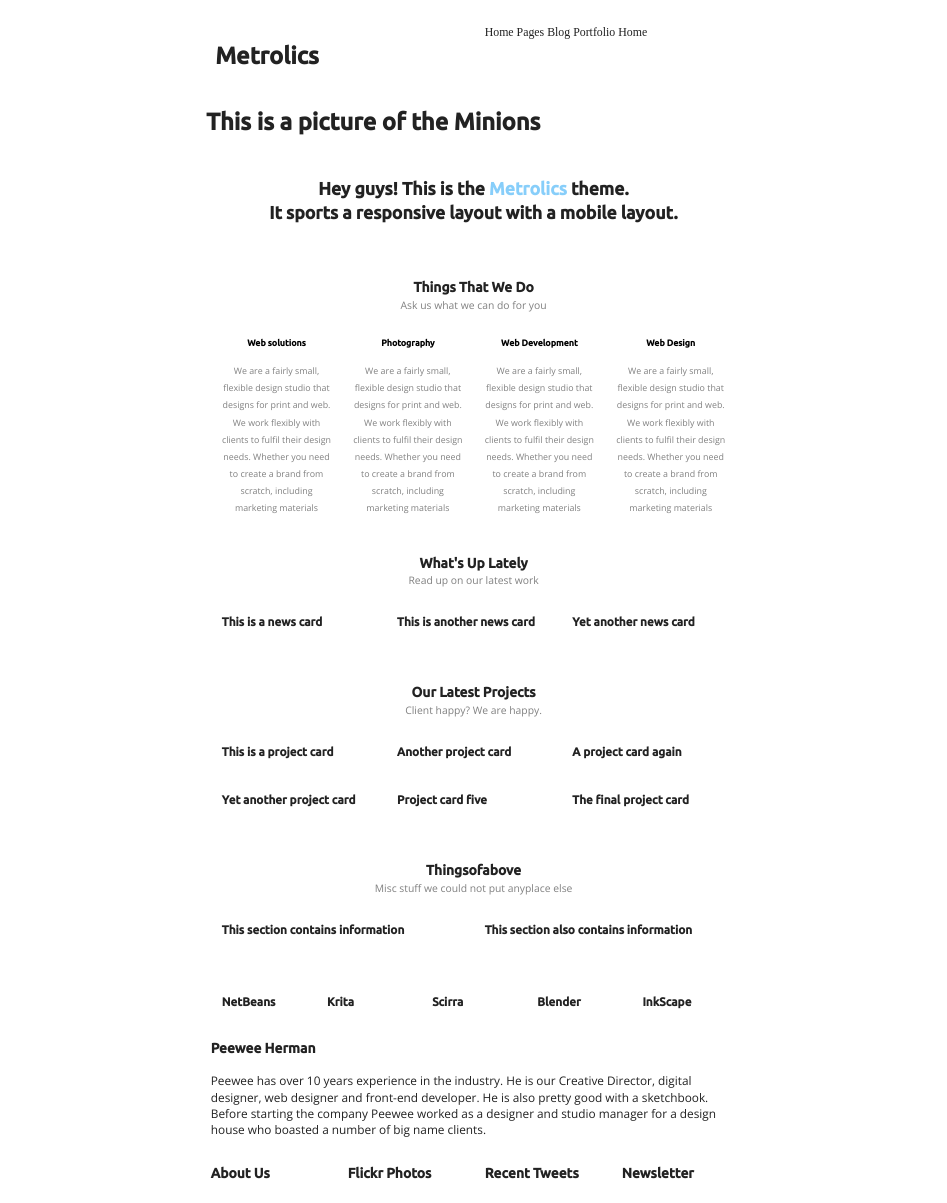
Repository: kennyharman/Marlowe_Kenny_Lab_02B
Page: index.html
The author's editor kept a copy of each file at every save. The page is drawn from the files as they stood at one save, then again after the next save.
The browser window is 1280 px wide. The pictures show the whole page, at 74% of full size.

Above is the page before, as saved 2024-02-05 16:21:57.

### index.html
<!doctype html>
<html class="no-js" lang="EN">

<head>
  <meta charset="utf-8">
  <meta name="viewport" content="width=device-width, initial-scale=1">
  <title></title>
  <link rel="stylesheet" href="css/style.css">
  <link href="https://fonts.googleapis.com/css2?family=Open+Sans:ital,wght@0,400;0,700;1,400&family=Ubuntu:ital,wght@0,300;0,500;1,300&display=swap" rel="stylesheet">
  <meta name="description" content="">

  <meta property="og:title" content="Metrolics page">
  <meta property="og:type" content="website">
  <meta property="og:url" content="http://localhost:8888/metrolics/">

  <link rel="icon" href="/favicon.ico" sizes="any">
  <link rel="icon" href="/icon.svg" type="image/svg+xml">
  <link rel="apple-touch-icon" href="icon.png">

  <link rel="manifest" href="site.webmanifest">
  <meta name="theme-color" content="#fafafa">
</head>

<body class="page">
  <script src="js/app.js"></script>

<header class="page__header">
  <div class="row m-col-2 l-col-2 menu">
    <div class="col header__menu-logo">
      <h1>Metrolics</h1>
    </div>
    <div class="col header__menu-nav">
      Home
      Pages
      Blog
      Portfolio
      Home
    </div>
</header>

<main>
  <div class="page__banner">
    <div class="col banner-header">
      <h1>This is a picture of the Minions</h1>
    </div>
  </div>
  <div class="page__section">
    <div class="row header">
      <div class="col header-text">
        <h2>Hey guys! This is the <span class="text__color-change">Metrolics</span> theme.<br/>It sports a responsive layout with a mobile layout.</h2>
      </div>
    </div>
  </div>

  <div class="section-services">
    <div class="row m-col-2 l-col-4">
      <div class="col m-row-span l-row-span heading">
        <h3>Things That We Do</h3>
        <p>Ask us what we can do for you</p>
      </div>
      <div class="col services-card">
        <h4>Web solutions</h4>
        We are a fairly small, flexible design studio that designs for print and web. We work flexibly with clients to fulfil their design needs. Whether you need to create a brand from scratch, including marketing materials
      </div>
      <div class="col services-card">
        <h4>Photography</h4>
        We are a fairly small, flexible design studio that designs for print and web. We work flexibly with clients to fulfil their design needs. Whether you need to create a brand from scratch, including marketing materials
      </div>
      <div class="col services-card">
        <h4>Web Development</h4>
        We are a fairly small, flexible design studio that designs for print and web. We work flexibly with clients to fulfil their design needs. Whether you need to create a brand from scratch, including marketing materials
      </div>
      <div class="col services-card">
        <h4>Web Design</h4>
        We are a fairly small, flexible design studio that designs for print and web. We work flexibly with clients to fulfil their design needs. Whether you need to create a brand from scratch, including marketing materials
      </div>
    </div>
  </div>
    </div>
  </div>

  <div class="section-work">
    <div class="row m-col-2 l-col-3">
      <div class="col m-row-span l-row-span heading">
        <h3>What's Up Lately</h3>
        <p>Read up on our latest work</p>
      </div>
      <div class="col m-row-span image">
        <h4>This is a news card</h4>
      </div>
      <div class="col image">
        <h4>This is another news card</h4>
      </div>
      <div class="col image">
        <h4>Yet another news card</h4>
      </div>
    </div>
  </div>

  <div class="section-projects">
    <div class="row m-col-2 l-col-3">
      <div class="col m-row-span l-row-span heading">
        <h3>Our Latest Projects</h3>
        <p>Client happy? We are happy.</p>
      </div>
      <div class="col image">
        <h4>This is a project card</h4>
      </div>
      <div class="col image">
        <h4>Another project card</h4>
      </div>
      <div class="col image">
        <h4>A project card again</h4>
      </div>
      <div class="col image">
        <h4>Yet another project card</h4>
      </div>
      <div class="col iamge">
        <h4>Project card five</h4>
      </div>
      <div class="col image">
        <h4>The final project card</h4>
      </div>
    </div>
  </div>

  <div class="section-misc">
    <div class="row l-col-2">
      <div class="col l-row-span heading">
        <h3>Thingsofabove</h3>
        <p>Misc stuff we could not put anyplace else</p>
      </div>
      <div class="col misc-content">
        <h4>This section contains information</h4>
      </div>
      <div class="col misc-content">
        <h4>This section also contains information</h4>
      </div>
    </div>
  </div>

  <div class="section-affiliates">
    <div class="row m-col-5 l-col-5">
      <div class="col affiliates-card">
        <h4>NetBeans</h4>
      </div>
      <div class="col affiliates-card">
        <h4>Krita</h4>
      </div>
      <div class="col affiliates-card">
        <h4>Scirra</h4>
      </div>
      <div class="col affiliates-card">
        <h4>Blender</h4>
      </div>
      <div class="col affiliates-card">
        <h4>InkScape</h4>
      </div>
    </div>
  </div>
</main>
<footer class="page__footer">
  <div class="row m-col-2 l-col-4 footer">
    <div class="col m-row-span l-row-span footer-heading">
      <h3>Peewee Herman</h3>
      <p>Peewee has over 10 years experience in the industry. He is our Creative Director, digital designer, web designer and front-end developer. He is also pretty good with a sketchbook. Before starting the company Peewee worked as a designer and studio manager for a design house who boasted a number of big name clients.</p>
    </div>
    <div class="col footer-item">
      <h3>About Us</h3>
    </div>
    <div class="col footer-item">
      <h3>Flickr Photos</h3>
    </div>
    <div class="col footer-item">
      <h3>Recent Tweets</h3>
    </div>
    <div class="col footer-item">
      <h3>Newsletter</h3>
    </div>
  </div>
</footer>
</body>

### css/style.css
/*! HTML5 Boilerplate v9.0.0-RC1 | MIT License | https://html5boilerplate.com/ */

/* main.css 3.0.0 | MIT License | https://github.com/h5bp/main.css#readme */
/*
 * What follows is the result of much research on cross-browser styling.
 * Credit left inline and big thanks to Nicolas Gallagher, Jonathan Neal,
 * Kroc Camen, and the H5BP dev community and team.
 */

/* ==========================================================================
   Base styles: opinionated defaults
   ========================================================================== */

html {
  color: #222;
  font-size: 1em;
  line-height: 1.4;
}

/*
 * Remove text-shadow in selection highlight:
 * https://twitter.com/miketaylr/status/12228805301
 *
 * Customize the background color to match your design.
 */

::-moz-selection {
  background: #b3d4fc;
  text-shadow: none;
}

::selection {
  background: #b3d4fc;
  text-shadow: none;
}

/*
 * A better looking default horizontal rule
 */

hr {
  display: block;
  height: 1px;
  border: 0;
  border-top: 1px solid #ccc;
  margin: 1em 0;
  padding: 0;
}

/*
 * Remove the gap between audio, canvas, iframes,
 * images, videos and the bottom of their containers:
 * https://github.com/h5bp/html5-boilerplate/issues/440
 */

audio,
canvas,
iframe,
img,
svg,
video {
  vertical-align: middle;
}

/*
 * Remove default fieldset styles.
 */

fieldset {
  border: 0;
  margin: 0;
  padding: 0;
}

/*
 * Allow only vertical resizing of textareas.
 */

textarea {
  resize: vertical;
}

/* ==========================================================================
   Author's custom styles
   ========================================================================== */

/* ==========================================================================
   Helper classes
   ========================================================================== */

/*
 * Hide visually and from screen readers
 */

.hidden,
[hidden] {
  display: none !important;
}

/*
 * Hide only visually, but have it available for screen readers:
 * https://snook.ca/archives/html_and_css/hiding-content-for-accessibility
 *
 * 1. For long content, line feeds are not interpreted as spaces and small width
 *    causes content to wrap 1 word per line:
 *    https://medium.com/@jessebeach/beware-smushed-off-screen-accessible-text-5952a4c2cbfe
 */

.visually-hidden {
  border: 0;
  clip: rect(0, 0, 0, 0);
  height: 1px;
  margin: -1px;
  overflow: hidden;
  padding: 0;
  position: absolute;
  white-space: nowrap;
  width: 1px;
  /* 1 */
}

/*
 * Extends the .visually-hidden class to allow the element
 * to be focusable when navigated to via the keyboard:
 * https://www.drupal.org/node/897638
 */

.visually-hidden.focusable:active,
.visually-hidden.focusable:focus {
  clip: auto;
  height: auto;
  margin: 0;
  overflow: visible;
  position: static;
  white-space: inherit;
  width: auto;
}

/*
 * Hide visually and from screen readers, but maintain layout
 */

.invisible {
  visibility: hidden;
}

/*
 * Clearfix: contain floats
 *
 * The use of `table` rather than `block` is only necessary if using
 * `::before` to contain the top-margins of child elements.
 */

.clearfix::before,
.clearfix::after {
  content: "";
  display: table;
}

.clearfix::after {
  clear: both;
}

/* ==========================================================================
   EXAMPLE Media Queries for Responsive Design.
   These examples override the primary ('mobile first') styles.
   Modify as content requires.
   ========================================================================== */

@media only screen and (min-width: 35em) {
  /* Style adjustments for viewports that meet the condition */
}

@media print,
  (-webkit-min-device-pixel-ratio: 1.25),
  (min-resolution: 1.25dppx),
  (min-resolution: 120dpi) {
  /* Style adjustments for high resolution devices */
}

/* ==========================================================================
   Print styles.
   Inlined to avoid the additional HTTP request:
   https://www.phpied.com/delay-loading-your-print-css/
   ========================================================================== */

@media print {
  *,
  *::before,
  *::after {
    background: #fff !important;
    color: #000 !important;
    /* Black prints faster */
    box-shadow: none !important;
    text-shadow: none !important;
  }

  a,
  a:visited {
    text-decoration: underline;
  }

  a[href]::after {
    content: " (" attr(href) ")";
  }

  abbr[title]::after {
    content: " (" attr(title) ")";
  }

  /*
   * Don't show links that are fragment identifiers,
   * or use the `javascript:` pseudo protocol
   */
  a[href^="#"]::after,
  a[href^="javascript:"]::after {
    content: "";
  }

  pre {
    white-space: pre-wrap !important;
  }

  pre,
  blockquote {
    border: 1px solid #999;
    page-break-inside: avoid;
  }

  tr,
  img {
    page-break-inside: avoid;
  }

  p,
  h2,
  h3 {
    orphans: 3;
    widows: 3;
  }

  h2,
  h3 {
    page-break-after: avoid;
  }
}

/* Our Styling */
div,
main,
section,
footer,
header {
  margin-left: 15px;
  margin-right: 15px;
}

h1,
h2,
h3,
h4,
h5,
h6 {
    font-family: 'Ubuntu', sans-serif;
}

p {
    font-family: 'Open Sans', sans-serif;
}

.row {
  display: grid;
  margin-top: 2rem;
}

.col {
  position: relative;
}

.page__header,
.banner-header,
.page__section,
.section-services,
.section-work,
.section-projects,
.section-misc,
.section-affiliates,
.footer {
  margin: auto;
  width: 60%;
}

.heading {
  display: flex;
  flex-direction: column;
  align-items: center;
  padding: 0 auto;
}

.heading > h3 {
  margin-bottom: 0;
}

.heading > p {
  margin-top: 0;
  font-size: 14px;
  color: grey;
}

.header-text {
  text-align: center;
}

.text__color-change {
  color: lightskyblue;
}

.services-card {
  text-align: center;
  font-size: 12px;
  padding: 0px;
  color: grey;
  font-family: 'Open Sans', sans-serif;
  line-height: 23px;
}

.services-card > h4 {
  color: black;
}

/* Small only */
@media screen and (max-width: 39.9375em) {
  .page__header,
.banner-header,
.page__section,
.section-services,
.section-work,
.section-projects,
.section-misc,
.section-affiliates,
.footer {
  margin: auto;
  width: 80%;
}
  .header__menu-nav {
    display: none;
  }
  .banner {
    display: none;
  }
  .affiliates {
    display: none;
  }
  .misc {
    display: none;
  }
  .services-card {
    text-align: left;
    font-size: 12px;
    padding: 0px;
    color: grey;
    font-family: 'Open Sans', sans-serif;
    line-height: 15px;
    padding-top: 20px;
  }
  .services-card > h4 {
    line-height: 0px;
  }
}

/* Medium only */
@media screen and (min-width: 40em) and
(max-width: 63.9375em) {
  .row {
    max-width: 70rem;
    column-gap: 1.5rem;
    row-gap: 1.5rem;
    margin: 0 auto;
  }
  .m-col-2 {
    grid-template-columns: 1fr 1fr;
  }
  .m-col-3 {
    grid-template-columns: repeat(3, 1fr);
  }
  .m-col-4 {
    grid-template-columns: repeat(4, 1fr);
  }
  .m-col-5 {
    grid-template-columns: repeat(5, 1fr);
  }

  .m-row-span {
    grid-column-start: 1;
    grid-column-end: -1;
  }
}

/* Large only */
@media screen and (min-width: 64em) {
  .l-col-2 {
    grid-template-columns: 1fr 1fr;
  }
  .l-col-3 {
    grid-template-columns: repeat(3, 1fr);
  }
  .l-col-4 {
    grid-template-columns: repeat(4, 1fr);
  }
  .l-col-5 {
    grid-template-columns: repeat(5, 1fr);
  }

  .l-row-span {
    grid-column-start: 1;
    grid-column-end: -1;
  }
}

Loaded but not shown: js/app.js (no stored copy; drawn as an empty file)

After the next save:
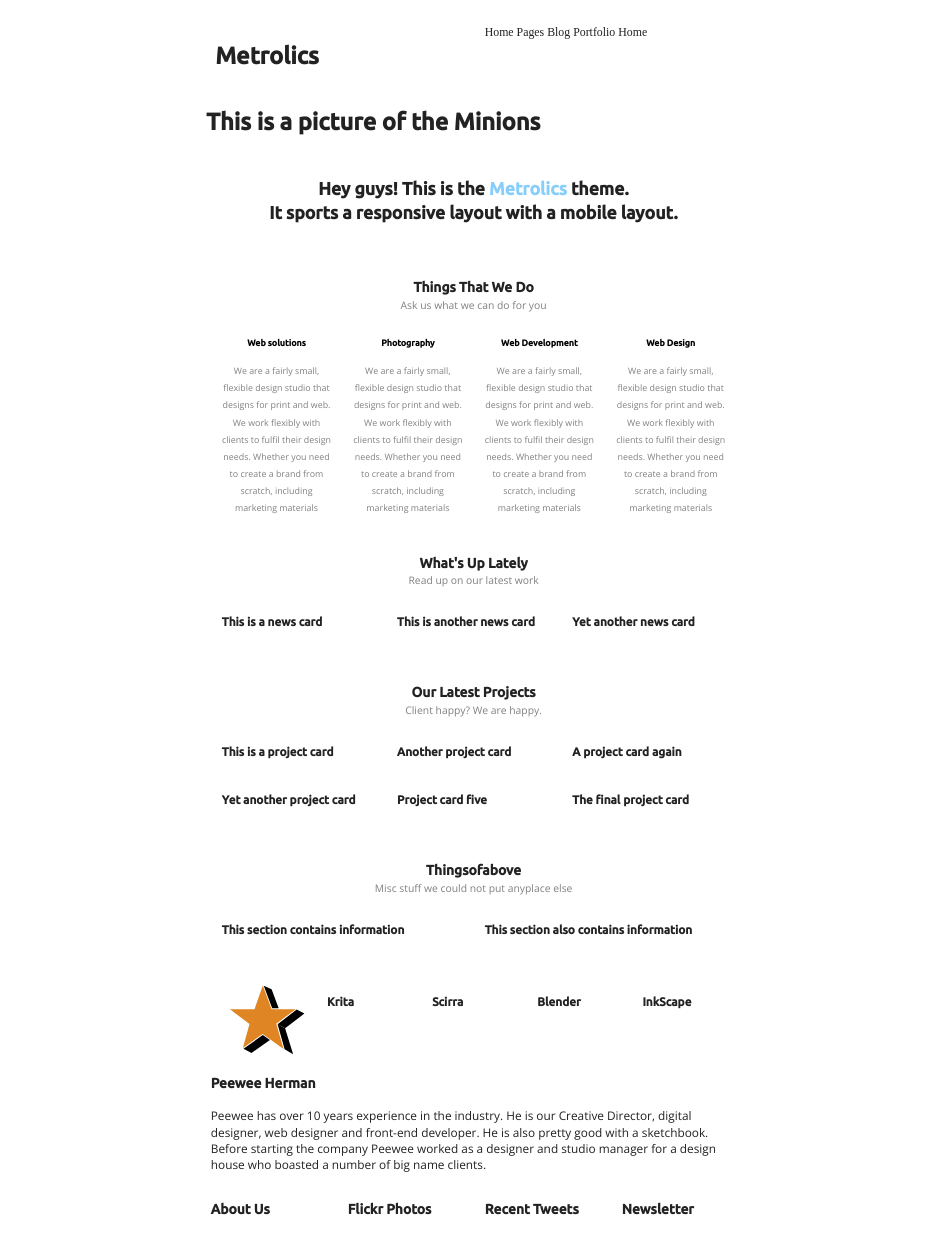
Saved 4 h 27 min later.
--- a/index.html
+++ b/index.html
@@ -142,7 +142,7 @@
   <div class="section-affiliates">
     <div class="row m-col-5 l-col-5">
       <div class="col affiliates-card">
-        <h4>NetBeans</h4>
+        <img src="icon.svg" alt="Italian Trulli">
       </div>
       <div class="col affiliates-card">
         <h4>Krita</h4>
